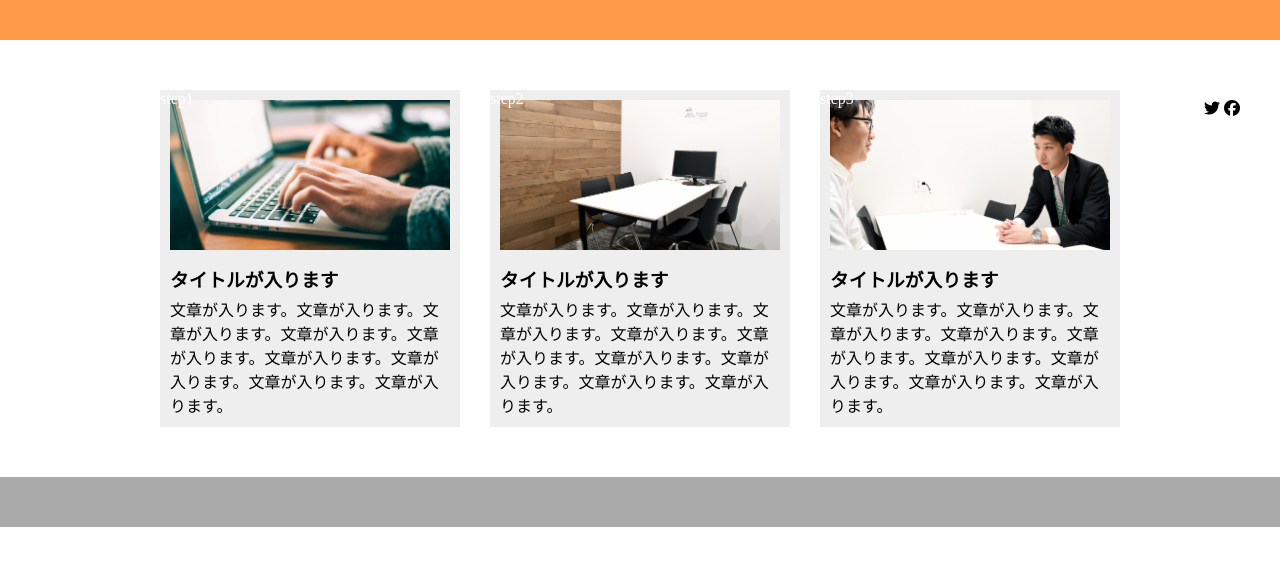
Repository: 825814/caravan2
Page: chapter9/index.html
The author's editor kept a record of every edit. The page is drawn from the files as they stood at one moment, then again after the next edit.
The browser window is 1280 px wide. The pictures show the whole page.
Some web libraries are served in a nearby version.

Above is the page before.

After the next edit:
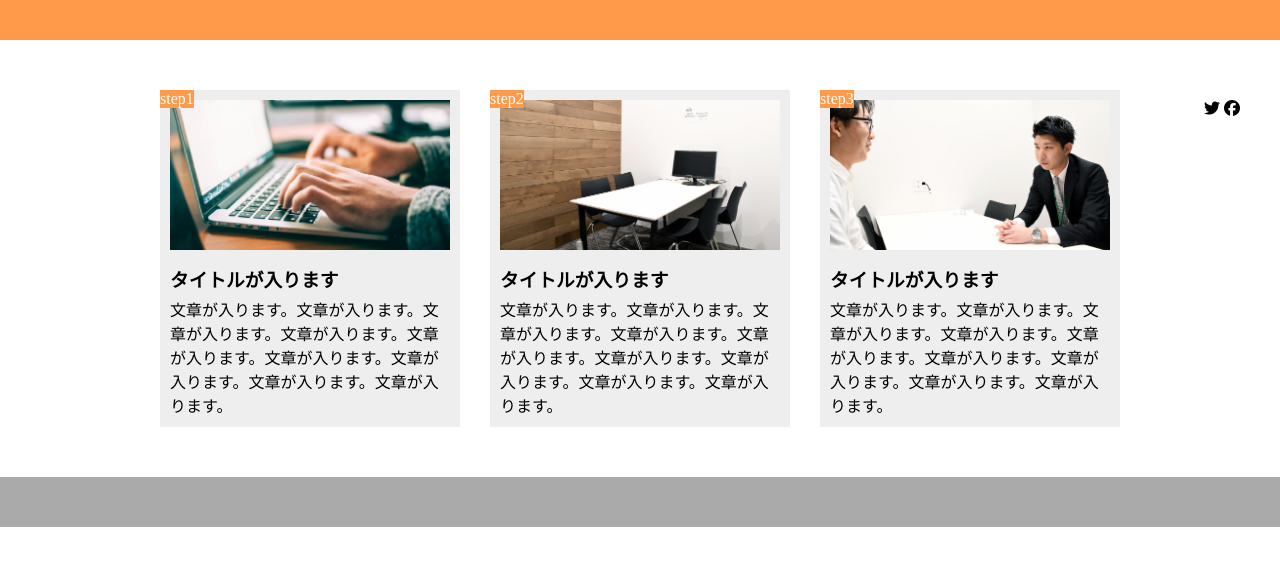
The edit:
--- a/chapter9/style.css
+++ b/chapter9/style.css
@@ -62,7 +62,7 @@
   position: absolute;
   top: 0;
   left: 0;
-  background-color: ff9a4b;
+  background-color: #ff9a4b;
   color: #fff;
 }
 
